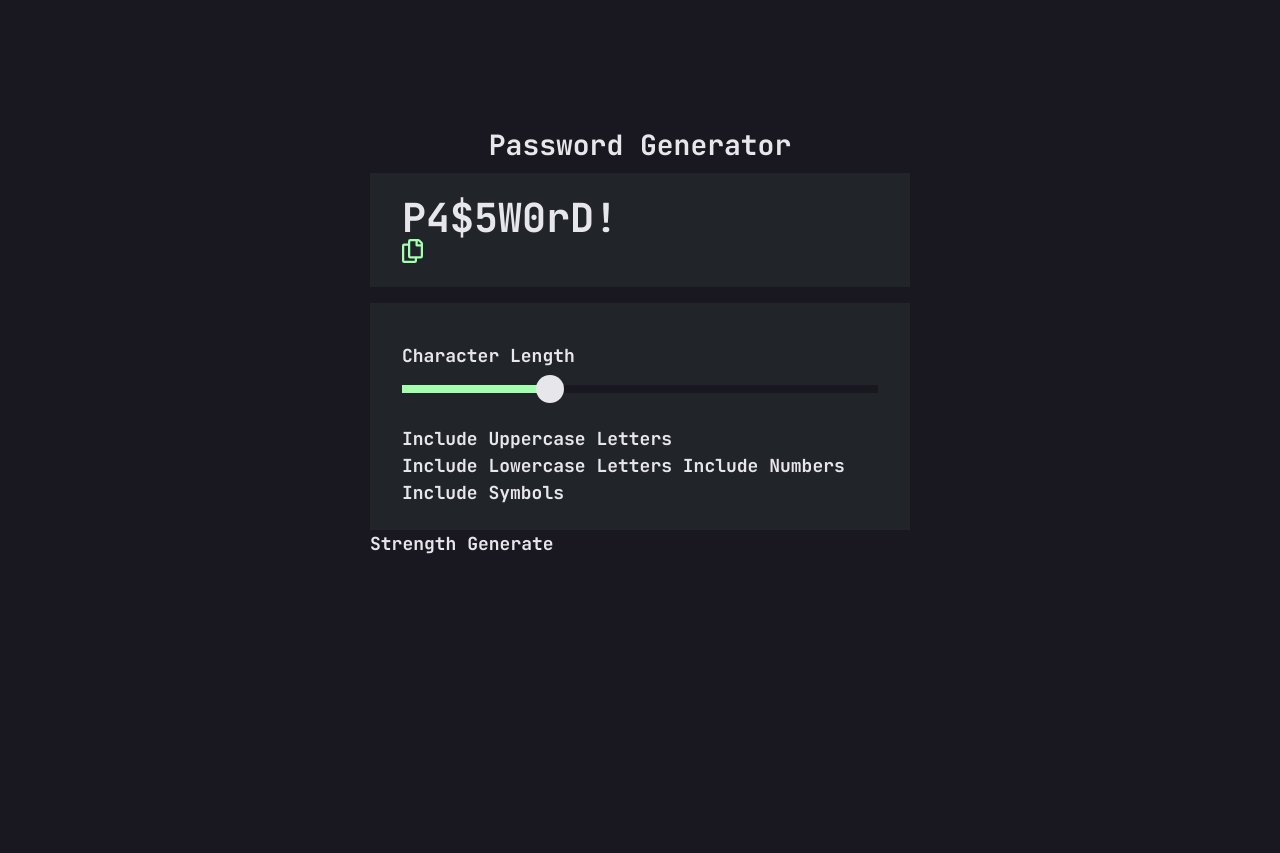
Repository: blordeus/password-generator-app
Page: starter-code/index.html
These files come from the project's save history. The page is drawn as it stood at one moment and after a run of saves; the edit follows.
The browser window is 1280 px wide. The pictures show the whole page.

Above is the page before, as saved 2023-10-05 20:07:25.

### starter-code/index.html
<!DOCTYPE html>
<html lang="en">
<head>
  <meta charset="UTF-8">
  <meta name="viewport" content="width=device-width, initial-scale=1.0">
  <link href="https://cdn.jsdelivr.net/npm/bootstrap@5.3.2/dist/css/bootstrap.min.css" rel="stylesheet" integrity="sha384-T3c6CoIi6uLrA9TneNEoa7RxnatzjcDSCmG1MXxSR1GAsXEV/Dwwykc2MPK8M2HN" crossorigin="anonymous">
  <script src="https://cdn.jsdelivr.net/npm/bootstrap@5.3.2/dist/js/bootstrap.bundle.min.js" integrity="sha384-C6RzsynM9kWDrMNeT87bh95OGNyZPhcTNXj1NW7RuBCsyN/o0jlpcV8Qyq46cDfL" crossorigin="anonymous" defer></script>
  <link rel="icon" type="image/png" sizes="32x32" href="./assets/images/favicon-32x32.png">
  <link rel="stylesheet" href="./assets/style.css">
  <link href="https://fonts.googleapis.com/css2?family=JetBrains+Mono:wght@700&display=swap" rel="stylesheet">
  <title>Frontend Mentor | Password generator app</title>
</head>
<body>
<main class="main">

    <h1 class="fs-3 title text-grey">Password Generator</h1>

    <div class="field bg-dark fs-1 flex">
      <p id="fieldText" class="fieldText text-grey">P4$5W0rD!</p>
      <div class="copy flex">
        <p id="copyMsg" class="fs-3 uppercase text-green">copied</p>
        <img id="copyIcon" src="./assets/images/icon-copy.svg" alt="">
      </div>
    </div>

    <div class="options bg-dark">
      <label for="slider" class="sliderLabel flex">Character Length <span class="sliderValue fs-1 text-green" id="sliderValue"></span></label>
      <input type="range" class="slider" name="slider" id="slider" min="5" max="15" value="8">
      <div>
        Include Uppercase Letters
      </div>
      Include Lowercase Letters
      Include Numbers
      Include Symbols
    </div>
    <div>
      Strength
      Generate
    </div>
</main>

</body>
</html>

### starter-code/assets/style.css
/* ------------------- */
/* Custom properties   */
/* ------------------- */

:root {
    /* colors */
    --clr-darkGrey: 248 10% 15%;
    --clr-grey: 251 9% 53%;
    --clr-almostWhite: 252 11% 91%;
    --clr-veryDarkGrey: 248 15% 11%;
    --clr-neonGreen: 127 100% 82%;
    --clr-red: 0 91% 63%;
    --clr-orange: 13 95% 66%;
    --clr-yellow: 42 91% 68%;

    /* font-sizes */
    --fs-1: 1.5rem;
    --fs-2: 1.125rem;
    --fs-3: 1rem;
  }

  @media (min-width: 35em) {
    :root {
      --fs-1: 2rem;
      --fs-2: 1.5rem;
      --fs-3: 1.125rem;
    }
  }

  /* ------------------- */
  /* Reset               */
  /* ------------------- */

  /* https://piccalil.li/blog/a-modern-css-reset/ */

  /* Box sizing */
  *,
  *::before,
  *::after {
    box-sizing: border-box;
  }

  /* Reset margins */
  body,
  h1,
  h2,
  h3,
  h4,
  h5,
  p,
  figure,
  picture {
    margin: 0;
  }

  h1,
  h2,
  h3,
  h4,
  h5,
  h6,
  p {
    font-weight: 400;
  }

  /* set up the body */
  body {
    font-family: "JetBrains Mono", monospace;
    font-size: var(--fs-3);
    font-weight: 700;
    color: hsl(var(--clr-almostWhite));
    background-color: hsl(var(--clr-veryDarkGrey));
    min-height: 100vh;

    overflow-x: hidden;
  }

  /* make images easier to work with */
img,
picture {
  max-width: 100%;
  display: block;
}

/* make form elements easier to work with */
input,
button,
textarea,
select {
  font: inherit;
}

/* typography */

.uppercase {
    text-transform: uppercase;
  }

  .fs-1 {
    font-size: var(--fs-1);
    line-height: 2rem;
  }

  .fs-2 {
    font-size: var(--fs-2);
    line-height: 1.485rem;
  }

  .fs-3 {
    font-size: var(--fs-3);
    line-height: 1.32rem;
  }

  @media (min-width: 35em) {
    .fs-1 {
      line-height: 2.64rem;
    }

    .fs-2 {
      line-height: 1.98rem;
    }

    .fs-3 {
      line-height: 1.485rem;
    }
  }

  /*     Layout     */
/* -------------- */

.main {
    margin-top: 4rem;
    margin-inline: 1rem;
  }

  @media (min-width: 35em) {
    .main {
      max-width: 33.75rem;
      margin-top: 8.3125rem;
      margin-inline: auto;
    }
  }

  .title {
    text-align: center;
    margin-block: 0;
    margin-bottom: 1rem;
  }

  .field {
    padding: 1rem;
    justify-content: space-between;
    align-items: center;
    margin-bottom: 1rem;
  }

  @media (min-width: 35em) {
    .field {
      padding: 1.5rem 2rem;
    }
  }

  .copy {
    gap: 1rem;
    align-items: center;
  }

  #copyMsg {
    display: none;
  }

  .copyIcon:hover {
    cursor: pointer;
  }

  .copyIcon:hover .copyIconPath {
    fill: white;
  }

  .options {
    padding: 1rem;
  }

  @media (min-width: 35em) {
    .options {
      padding: 1.5rem 2rem;
    }
  }

  .sliderLabel {
    justify-content: space-between;
    align-items: center;
  }

  .slider {
    width: 100%;
    margin-top: 1rem;
    margin-bottom: 2rem;
  }

  input[type="range"] {
    -webkit-appearance: none;
    background: hsl(var(--clr-veryDarkGrey));
    accent-color: white;
    cursor: pointer;
    height: 8px;
    background-image: linear-gradient(
      hsl(var(--clr-neonGreen)),
      hsl(var(--clr-neonGreen))
    );
    background-size: 30% 100%;
    background-repeat: no-repeat;
  }

  input[type="range"]::-webkit-slider-thumb {
    height: 28px;
    width: 28px;
    background: hsl(var(--clr-almostWhite));
    -webkit-appearance: none;
    border-radius: 14px;
  }

  input[type="range"]:hover::-webkit-slider-thumb {
    background: hsl(var(--clr-veryDarkGrey));
    border: 2px solid hsl(var(--clr-neonGreen));
    -webkit-appearance: none;
  }

  .checkboxes {
    flex-direction: column;
    gap: 1rem;
    margin-bottom: 2rem;
  }

  /* Customize the label (the container) */
  .checkboxLabel {
    display: block;
    position: relative;
    padding-left: 2.5rem;
    cursor: pointer;
    -webkit-user-select: none;
    -moz-user-select: none;
    -ms-user-select: none;
    user-select: none;
  }

  /* Hide the browser's default checkbox */
  .checkboxLabel input {
    position: absolute;
    opacity: 0;
    cursor: pointer;
    height: 0;
    width: 0;
  }

  /* Create a custom checkbox */
  .checkmark {
    position: absolute;
    top: 0;
    left: 0;
    height: 20px;
    width: 20px;
    background-color: hsl(var(--clr-darkGrey));
    border: 2px solid hsl(var(--clr-almostWhite));
    display: flex;
    justify-content: center;
    align-items: center;
  }

  /* On mouse-over, add a background color */
  .checkboxLabel:hover input ~ .checkmark {
    border-color: hsl(var(--clr-neonGreen));
  }

  /* When the checkbox is checked, add a background */
  .checkboxLabel input:checked ~ .checkmark {
    background-color: hsl(var(--clr-neonGreen));
    border-color: hsl(var(--clr-neonGreen));
  }

  /* Create the checkmark/indicator (hidden when not checked) */
  .checkmark:after {
    content: "";
    position: absolute;
    display: none;
  }

  /* Show the checkmark when checked */
  .checkboxLabel input:checked ~ .checkmark:after {
    display: block;
  }

  .strength {
    background-color: hsl(var(--clr-veryDarkGrey));
    padding: 1rem;
    justify-content: space-between;
    align-items: center;
    margin-bottom: 1rem;
  }

  .strengthLvl {
    align-items: center;
  }

  .strengthLvl p {
    margin-right: 0.5rem;
  }

  .bars {
    width: 10px;
    height: 28px;
    border: 2px solid hsl(var(--clr-almostWhite));
    margin-left: 0.5rem;
  }

  .button {
    width: 100%;
    padding-top: 1.125rem;
    padding-bottom: 1.125rem;
    border: 2px solid hsl(var(--clr-neonGreen));
  }

  .button:hover {
    background-color: hsl(var(--clr-darkGrey));
    color: hsl(var(--clr-neonGreen));
    cursor: pointer;
  }

  .button svg {
    margin-left: 1rem;
  }

  .button:hover path {
    fill: hsl(var(--clr-neonGreen));
  }

  .alert {
    display: none;
    text-align: center;
    color: hsl(var(--clr-red));
  }

  /*  Level Classes */

  .tooWeak {
    background-color: hsl(var(--clr-red));
    border: 2px solid hsl(var(--clr-red));
  }

  .weak {
    background-color: hsl(var(--clr-orange));
    border: 2px solid hsl(var(--clr-orange));
  }

  .medium {
    background-color: hsl(var(--clr-yellow));
    border: 2px solid hsl(var(--clr-yellow));
  }

  .strong {
    background-color: hsl(var(--clr-neonGreen));
    border: 2px solid hsl(var(--clr-neonGreen));
  }

After the next 2 saves:
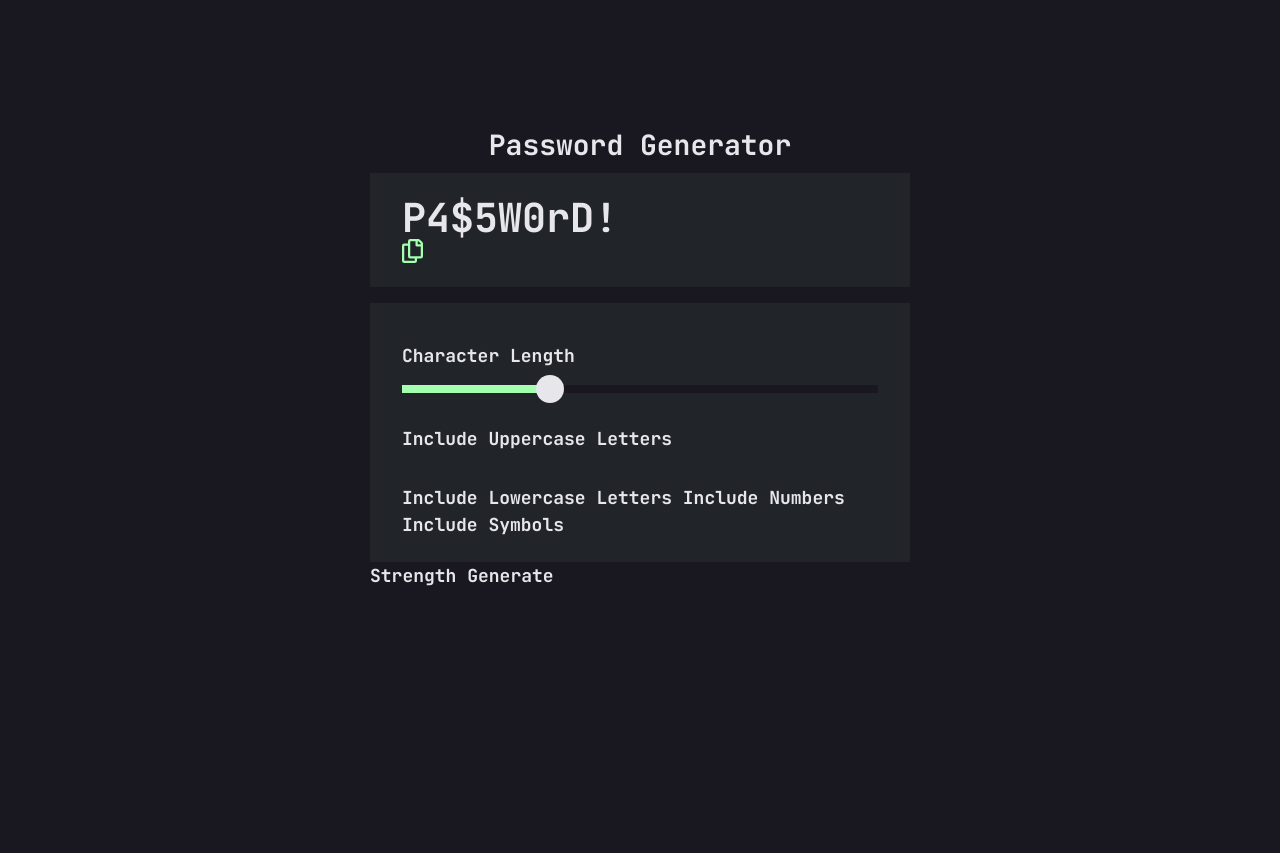
The 2 saves are shown as one change because they came seconds apart.
The last was saved 9 s later.
--- a/starter-code/index.html
+++ b/starter-code/index.html
@@ -26,7 +26,7 @@
     <div class="options bg-dark">
       <label for="slider" class="sliderLabel flex">Character Length <span class="sliderValue fs-1 text-green" id="sliderValue"></span></label>
       <input type="range" class="slider" name="slider" id="slider" min="5" max="15" value="8">
-      <div>
+      <div class="checkboxes flex">
         Include Uppercase Letters
       </div>
       Include Lowercase Letters
